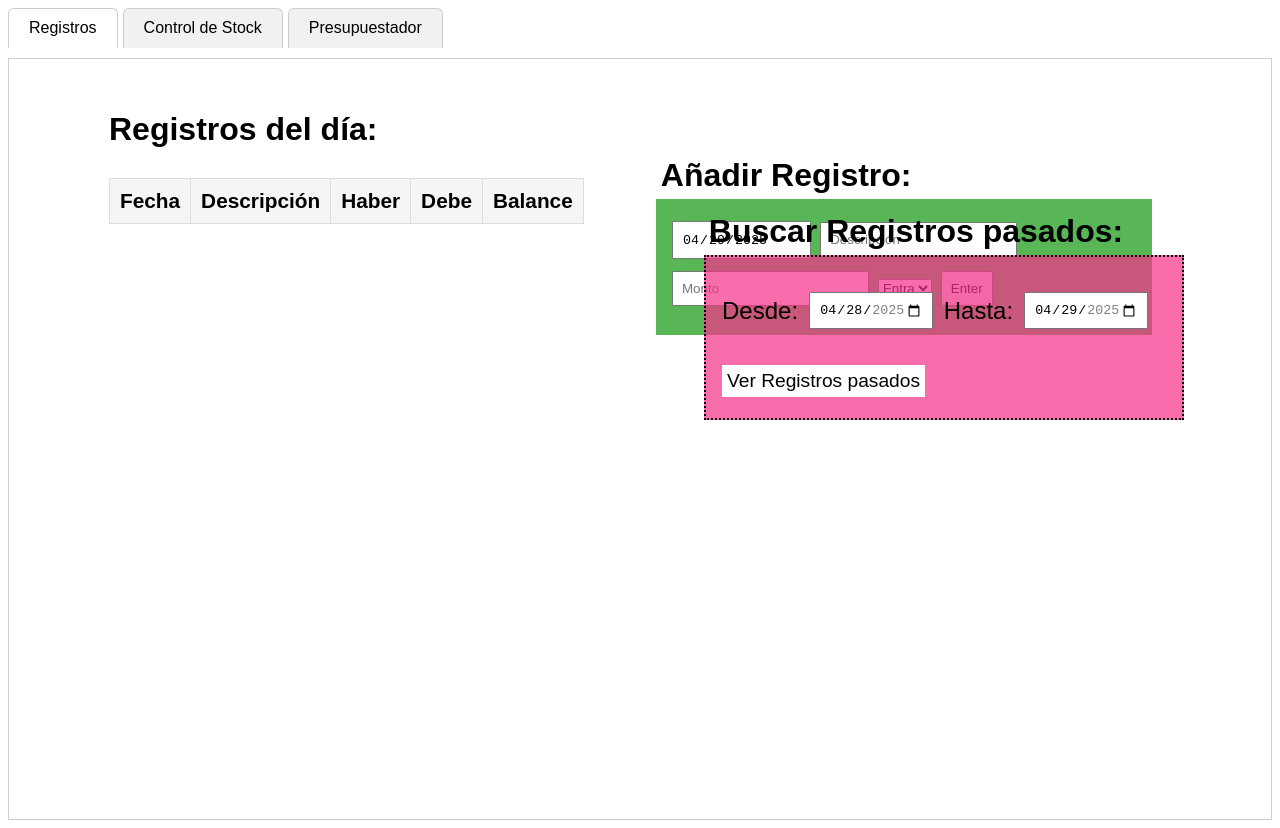
Repository: Joako-Herrero/Proyecto-de-Feria-de-ciencias
Page: program/registro.html
These files come from the project's save history. The page is drawn as it stood at one moment and after the next save; the edit follows.
The browser window is 1280 px wide. The pictures show the whole page.
The page's requests for data from a server got no answer.

Above is the page before, as saved 2025-05-18 12:44:54.

After the next save:
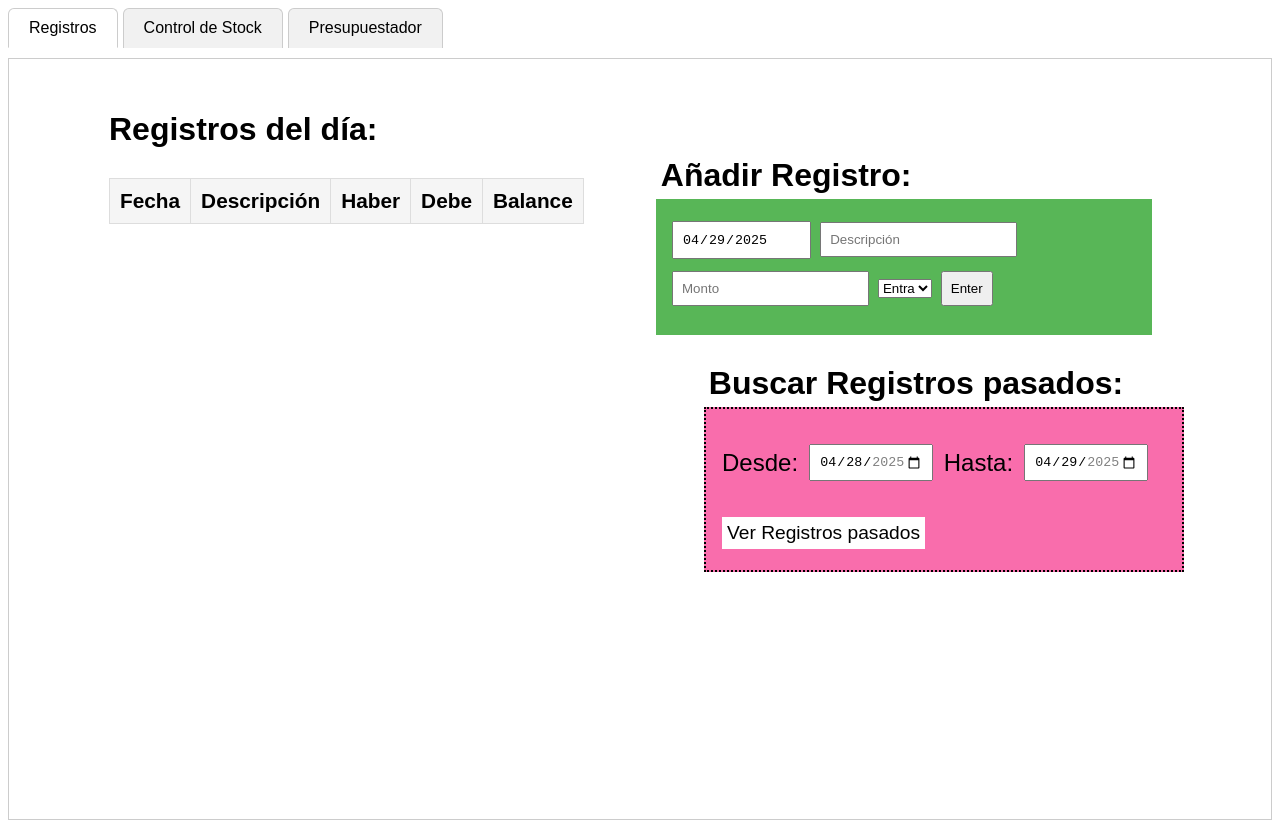
Saved 5 s later.
--- a/program/registro.html
+++ b/program/registro.html
@@ -80,7 +80,7 @@
         .buscarFecha {
             position: absolute;
             left: 55%;
-            top: %;50
+            top: 50%;
             width: 30rem;
 
         }
